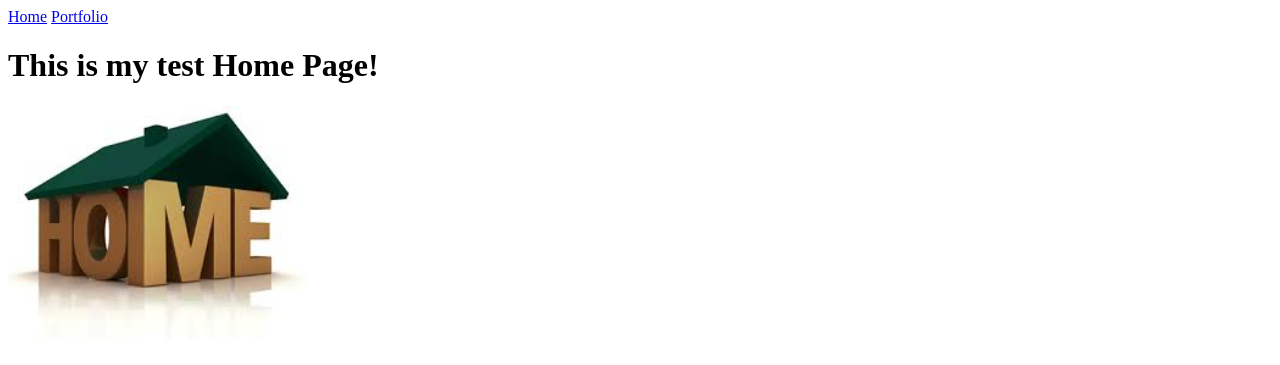
Repository: AAntonio2085/AAntonio2085.github.io
Page: my_website/index.html
The author's editor kept a record of every edit. The page is drawn from the files as they stood at one moment, then again after the next edit.
The browser window is 1280 px wide. The pictures show the whole page.

Above is the page before.

### my_website/index.html
<!doctype html>
<html lang="en">
  <head>
    <meta charset="utf-8">
    <title>Home</title>
  </head>
  <body>
    <a href="index.html">Home</a>
    <a href="portfolio.html">Portfolio</a>
    <h1>This is my test Home Page!</h1>
    <img src="images/home.jpg" height="250">
  </body>
</html>

After the next edit:
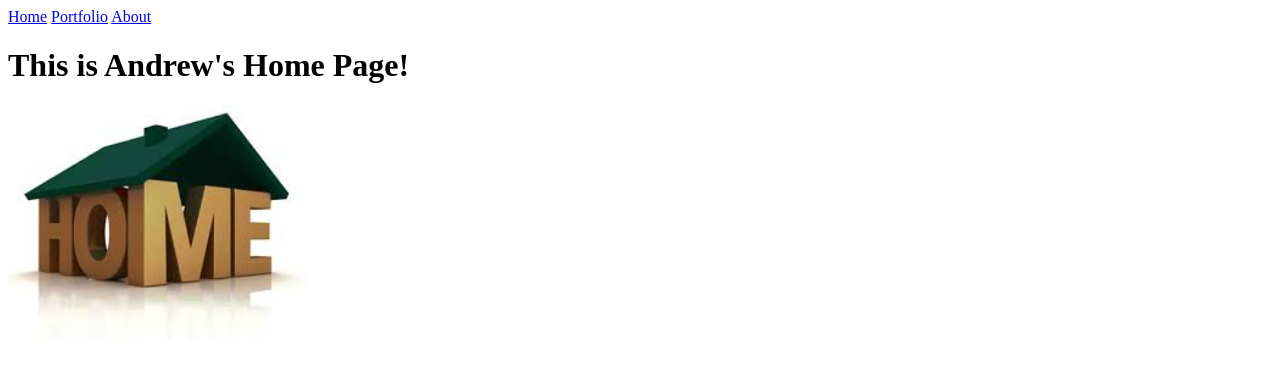
The edit:
--- a/my_website/index.html
+++ b/my_website/index.html
@@ -7,7 +7,8 @@
   <body>
     <a href="index.html">Home</a>
     <a href="portfolio.html">Portfolio</a>
-    <h1>This is my test Home Page!</h1>
+    <a href="about.html">About</a>
+    <h1>This is Andrew's Home Page!</h1>
     <img src="images/home.jpg" height="250">
   </body>
 </html>
